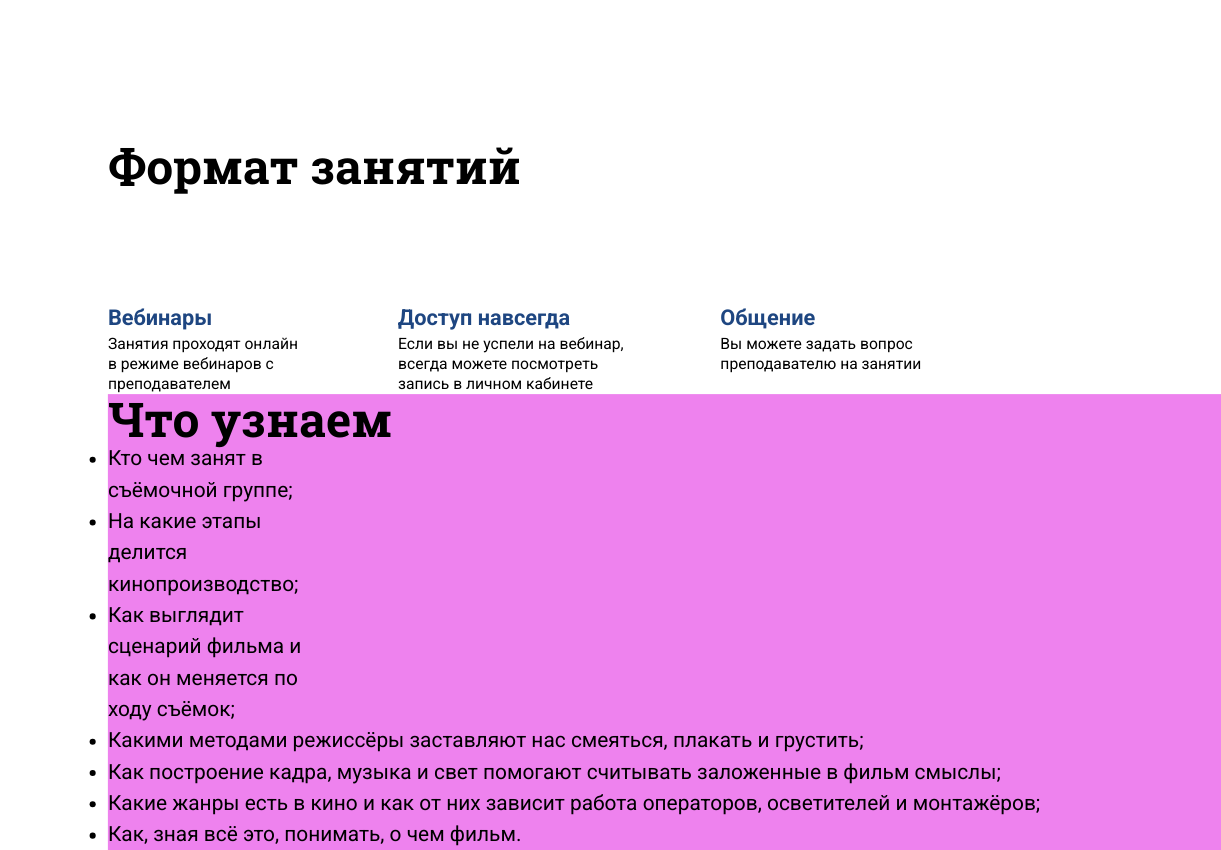
Repository: PoladEziz/Task2
Page: index.html
These files come from the project's save history. The page is drawn as it stood at one moment and after a run of saves; the edit follows.
The browser window is 1280 px wide. The page is 1404 px wide, then 1280 px, so the pictures cover 1404 px, including what lies to the right of the window. The pictures show the whole page, at 87% of full size.

Above is the page before, as saved 2023-05-04 17:38:52.

### index.html
<!DOCTYPE html>
<html lang="en">

<head>
    <meta charset="UTF-8">
    <meta http-equiv="X-UA-Compatible" content="IE=edge">
    <meta name="viewport" content="width=device-width, initial-scale=1.0">
    <title>Document</title>
    <link rel="stylesheet" href="index.css">
</head>

<body>
    <div class="main">
        <div class="page-1">
            <h1>Формат занятий</h1>
            <div class="top_child">

                <ul>
                    <li>
                        <h2>Вебинары</h2>
                        <p>Занятия проходят онлайн
                            в режиме вебинаров
                            с преподавателем</p>
                    </li>

                    <li>
                        <h2>Доступ навсегда</h2>
                        <p>Если вы не успели на вебинар, всегда можете посмотреть запись в личном кабинете</p>
                    </li>

                    <li>
                        <h2>Общение</h2>
                        <p>Вы можете задать вопрос
                            преподавателю на занятии</p>
                    </li>


                </ul>
            </div>

        </div>
        <div class="page-2">
            <h1>Что узнаем</h1>
            <ul>
                <li>Кто чем занят в съёмочной группе; </li>
                <li>На какие этапы делится кинопроизводство; </li>
                <li>Как выглядит сценарий фильма и как он меняется по ходу съёмок; </li>
                <li>Какими методами режиссёры заставляют нас смеяться, плакать и грустить; </li>
                <li>Как построение кадра, музыка и свет помогают считывать заложенные в фильм смыслы; </li>
                <li>Какие жанры есть в кино и как от них зависит работа операторов, осветителей и монтажёров; </li>
                <li>Как, зная всё это, понимать, о чем фильм.</li>
            </ul>




        </div>


    </div>
</body>

</html>

### index.css
@import url("https://fonts.googleapis.com/css2?family=Roboto+Slab:wght@700&family=Roboto:wght@700&display=swap");
@import url("https://fonts.googleapis.com/css2?family=Roboto&family=Roboto+Slab:wght@700&display=swap");

* {
  margin: 0;
  padding: 0;
}

.main {
  width: 100%;
  display: flex;
  flex-direction: column;
  padding-left: 124px;
}

.page-1 {
  padding-top: 162px;
  padding-right: 344px;
}

.page-1 h1 {
  margin-bottom: 133px;
  font-family: "Roboto Slab";
  font-style: normal;
  font-weight: 700;
  font-size: 55px;
  line-height: 55px;
}
.page-1 ul {
  width: 100%;
  display: flex;
  justify-content: space-between;
}
.page-1 ul li {
  list-style-type: none;
}
li:nth-child(1) {
  width: 223px;
}
li:nth-child(2) {
  width: 260px;
}
li:nth-child(3) {
  width: 232px;
}
.page-1 ul li h2 {
  font-family: "Roboto";
  font-style: normal;
  font-weight: 700;
  font-size: 25px;
  line-height: 130%;
  color: #1e4681;
}

.page-1 ul li p {
  font-family: "Roboto";
  font-style: normal;
  font-weight: 400;
  font-size: 18px;
  line-height: 130%;
}

.page-2 {
  display: flex;
  flex-direction: row;
  width: 100%;
}

.page-1 h1 {
  width: 100%;
}

.page-2 {
    background-color: violet;
  width: 100%;
  display: flex;
  flex-direction: column;
}

.page-2 h1 {
  font-family: Roboto Slab;
  font-size: 55px;
  font-weight: 700;
  line-height: 56px;
  text-align: left;
}

.page-2 ul li {
  font-family: Roboto;
  font-size: 24px;
  font-weight: 400;
  line-height: 36px;
  text-align: left;
}

After the next 3 saves:
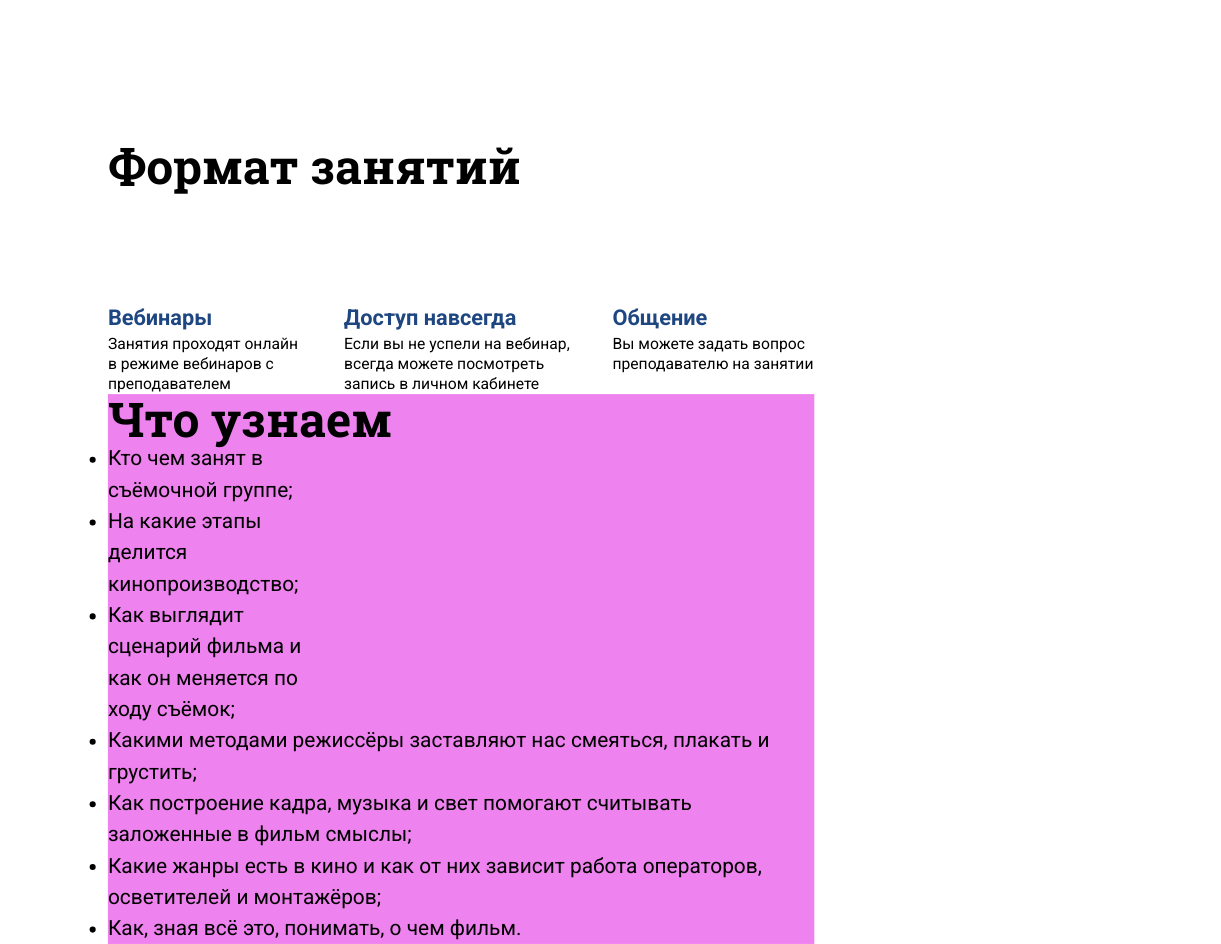
The 3 saves are shown as one change because they came seconds apart.
The last was saved 17 s later.
--- a/index.css
+++ b/index.css
@@ -7,15 +7,16 @@
 }
 
 .main {
-  width: 100%;
+  /* width: 100%; */
   display: flex;
   flex-direction: column;
   padding-left: 124px;
+  padding-top: 162px;
+  padding-right: 344px;
 }
 
 .page-1 {
-  padding-top: 162px;
-  padding-right: 344px;
+
 }
 
 .page-1 h1 {
